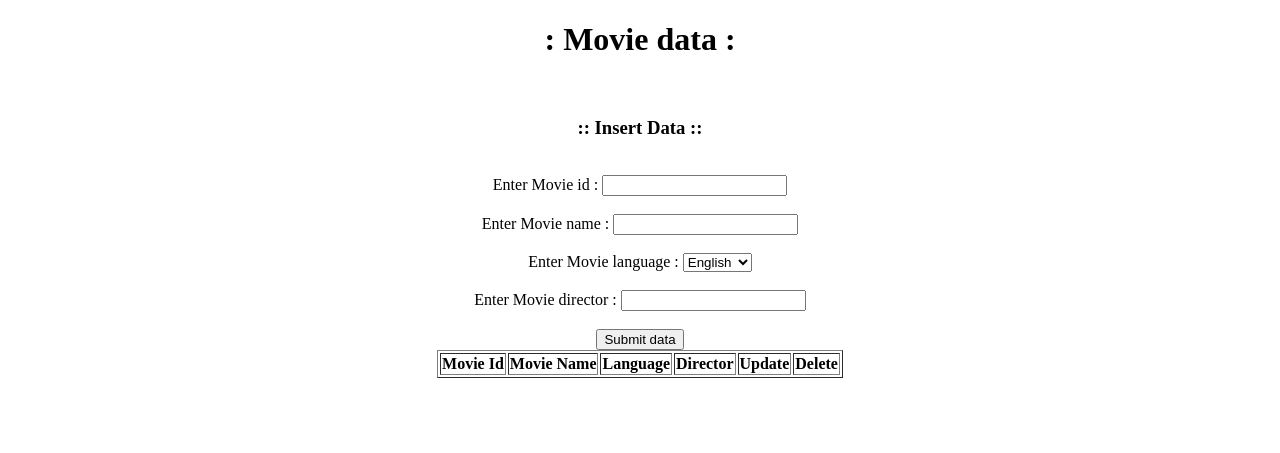
Repository: DivyeshVariya/einfochips_work
Page: http://localhost/Day25_Assignment/WEB-INF/view/home.jsp
These files come from the project's save history. The page is drawn as it stood at one moment and after the next save; the edit follows.
The browser window is 1280 px wide. The pictures show the whole page.
The page is served by Tomcat 9. Nobody is signed in. The template is opened directly, without the code that normally fills it, so the values that code supplies are empty.

Above is the page before, as saved 2023-03-12 11:26:37.

After the next save:
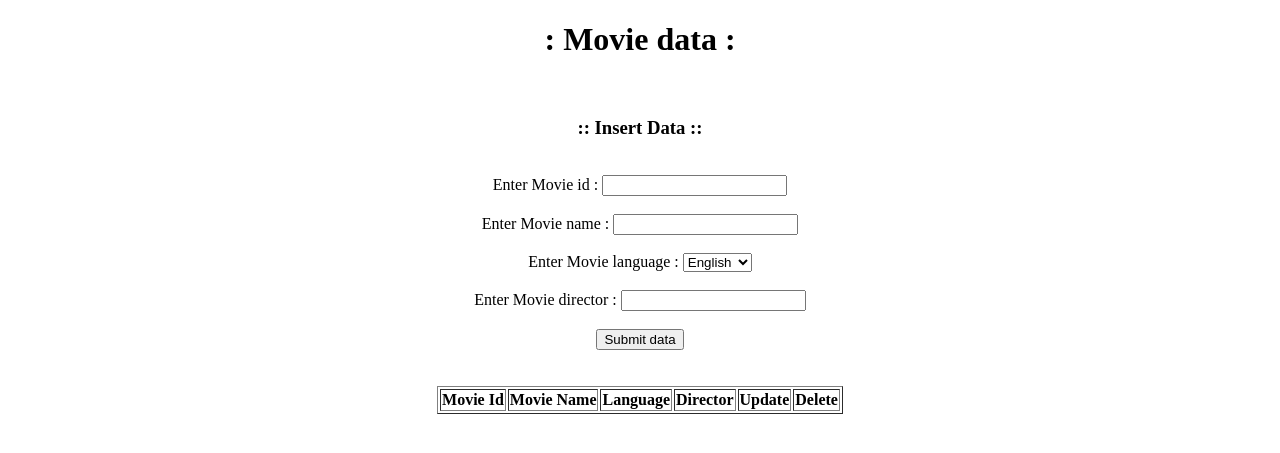
Saved 29 s later.
--- a/Day25_Assignment/Day25_Assignment/src/main/webapp/WEB-INF/view/home.jsp
+++ b/Day25_Assignment/Day25_Assignment/src/main/webapp/WEB-INF/view/home.jsp
@@ -32,6 +32,8 @@
 		<br><br>
 		<button type="submit">Submit data</button>
 		</form>
+		<br>
+		<br>
 		<table border="1">
 			<tr>
 				<th>Movie Id</th>
@@ -53,6 +55,8 @@
 				</tr>
 			</c:forEach>
 		</table>
+		<br>
+		<br>
 		<h3>${m}</h3>
 		</center>
 </body>
